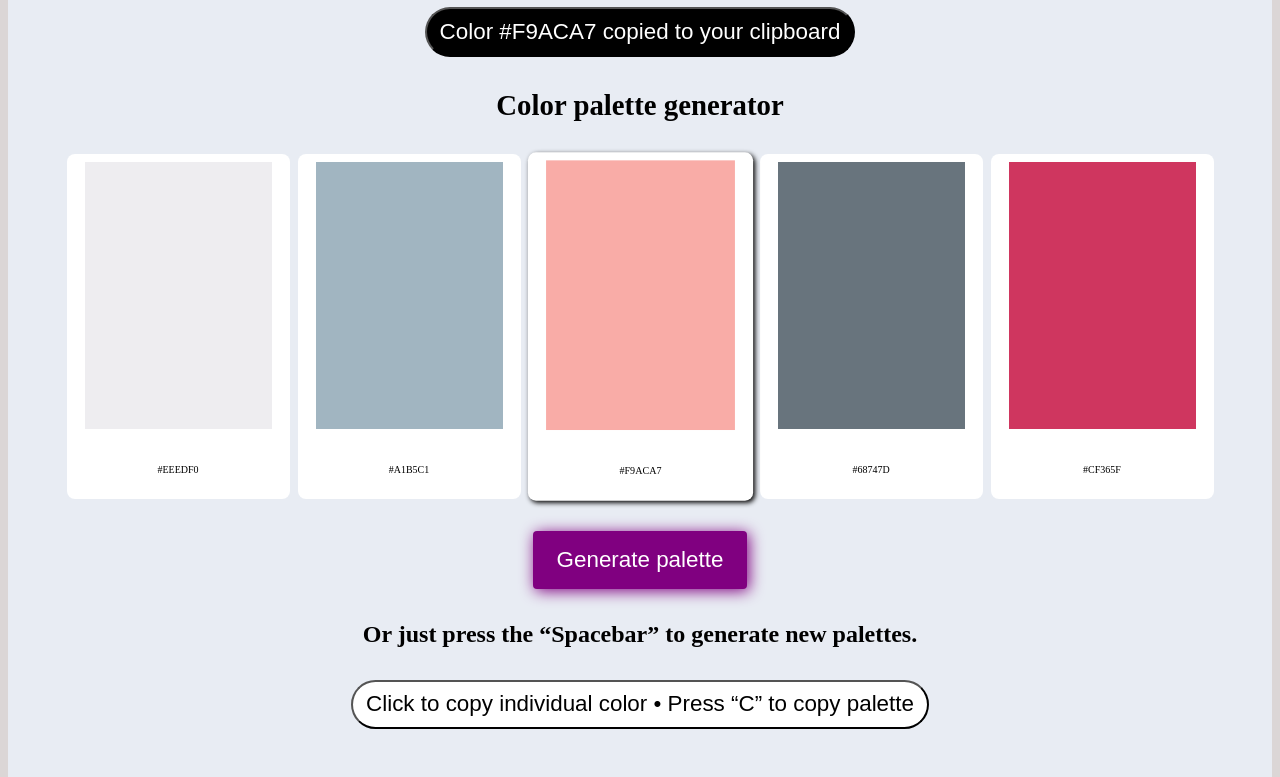
Repository: Hcmwebs/Color-Palette-Generator
Page: index.html
These files come from the project's save history. The page is drawn as it stood at one moment and after the next save; the edit follows.
The browser window is 1280 px wide. The pictures show the whole page.

Above is the page before, as saved 2020-07-06 22:57:44.

### index.html
<!DOCTYPE html>
<html lang="en">
<head>
    <meta charset="UTF-8">
    <meta name="viewport" content="width=device-width, initial-scale=1.0">
    <link rel="stylesheet" href="styles.css">
    <title>Color Pallete Generator</title>
</head>
<body>
    <div class="container">

        <button class="btn">Color #F9ACA7 copied to your clipboard</button>
        <h2>Color palette generator</h2>
        <div class="card">
            <div class="card__item">
                <div class="card__color card__color--lightPurpleish"></div>
                <div class="card__tag">#EEEDF0</div>
            </div>

            <div class="card__item">
                <div class="card__color card__color--lightBlueGreenish"></div>
                <div class="card__tag">#A1B5C1</div>
            </div>

            <div class="card__item card__item--active">
                <div class="card__color card__color--lightReddish"></div>
                <div class="card__tag">#F9ACA7</div>
            </div>

            <div class="card__item">
                <div class="card__color card__color--lightBluish"></div>
                <div class="card__tag">#68747D</div>
            </div>

            <div class="card__item">
                <div class="card__color card__color--reddish"></div>
                <div class="card__tag">#CF365F</div>
            </div>

        </div>
        <button class="btn btn--generate">Generate palette</button>
        <h3>Or just press the “Spacebar” to generate new palettes.</h3>
        <button class="btn btn--white">Click to copy individual color • Press “C” to copy palette</button>
    </div>
</body>
</html>

### styles.css
*¨{
    box-sizing: border-box;
    margin: 0;
    padding: 0;
}

body{
    font-weight: 300;
    font-size: 10px;
    display: flex;
    flex-direction: column;
    justify-content: center;
    align-items: center;
    height: 100vh;
    background-color:rgba(124, 107, 107, 0.274);
}
h2,
h3{
    font-weight: light;
    margin: 2rem ;
}
h2{
    font-size: 1.8rem;
}

h3{
    font-size: 1.5rem;
}
.container{
    width: 1400px;
    max-width: 100%;
    height: auto;
    margin: auto;
    padding: 3rem 0;
    display: flex;
    flex-direction: column;
    justify-content: space-around;
    align-items: center;
    background-color:#E8ECF3;
}

.btn{
    background-color:#000;
    color:#fff;
    font-size: 1.4rem;
    border-radius: 2.5rem;
    padding: 0.6rem 0.8rem;
    cursor: pointer;
    transition: all 1s ease-in-out;
}
.btn:hover{
    transform: scale(1.01);
}
.card{
    display: grid;
    grid-template-columns: repeat(5, 1fr);
    gap: 0.5rem;
    justify-content: center;

}
.card__item{
    width: 207px;
    height: 329px;
    padding:  0.5rem;
    border-radius:0.5rem;
    display: flex;
    flex-direction: column;
    justify-content: space-between;
    align-items: center;
    background-color:#fff;
}
.card__item--active{
    box-shadow: 2px 2px 5px ;
    transform: scale(1.01);
}

.card__color{
    content:"";
    width: 187px ;
    height: 251px;
    padding-bottom: 1rem ;

}
.card__color--lightPurpleish{
    background-color: #EEEDF0;

}

.card__color--lightBlueGreenish{
    background-color: #A1B5C1;

}

.card__color--lightReddish{
    background-color: #F9ACA7;

}

.card__color--lightBluish{
    background-color: #68747D;

}


.card__color--reddish{
    background-color: #CF365F;

}
.card__tag{
    margin-bottom:1rem;
}

.btn--generate{
    background-color:purple;
    color:#fff;
    border-radius:4px;
    border: none;
    margin-top: 2rem;
    padding: 1rem 1.5rem;
    cursor: pointer;
    box-shadow: 2px 2px 15px purple;
}
.btn--white{
    background-color: #fff;
    color:#000;
}


@media (max-width:600px){
    .container{
        width: 100%;
        height: auto;

    }
    .card{
        width: 100%;
        grid-template-columns: 1fr;
        justify-items: center;
    }

}
@media(max-width:900px){
    .card{
        grid-template-columns: repeat(2, 1fr);
        margin: auto;
    }
}

After the next save:
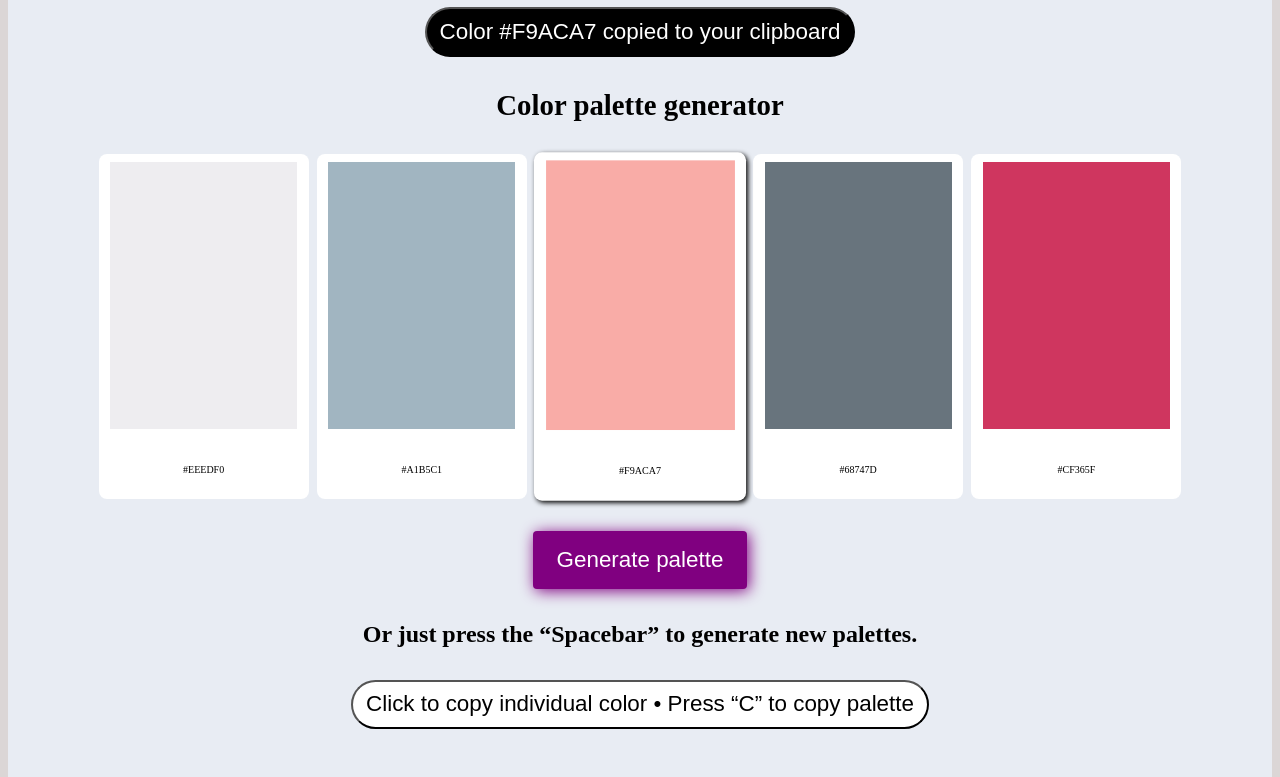
Saved 12 h 5 min later.
--- a/styles.css
+++ b/styles.css
@@ -61,7 +61,7 @@ h3{
 .card__item{
     width: 207px;
     height: 329px;
-    padding:  0.5rem;
+    padding: 0.5rem 0.1rem;
     border-radius:0.5rem;
     display: flex;
     flex-direction: column;
